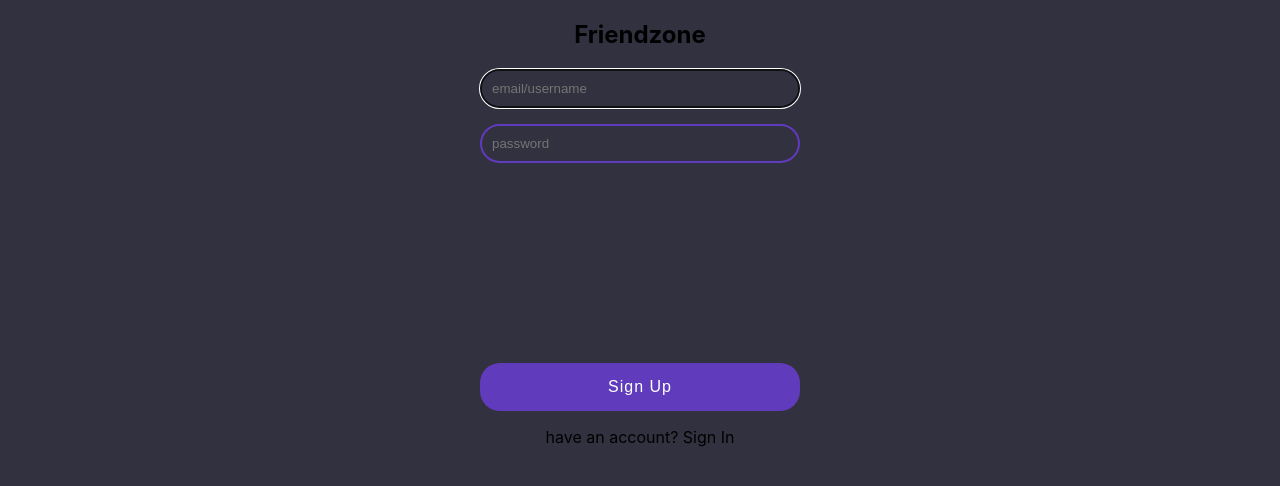
Repository: DerickT02/friend-zone
Page: /
The author's editor kept a copy of each file at every save. The page is drawn from the files as they stood at one save, then again after the next save.
The browser window is 1280 px wide. The pictures show the whole page.
The project was rebuilt for these pictures with package versions that can differ from the ones it lists, and the page was loaded fresh each time. Also part of the build but not shown: src/Appreducer.js, src/GlobalState.js, src/Post.js, src/Homepage.js, src/fire.js.

Above is the page before, as saved 2021-07-07 07:55:11.

After the next save:
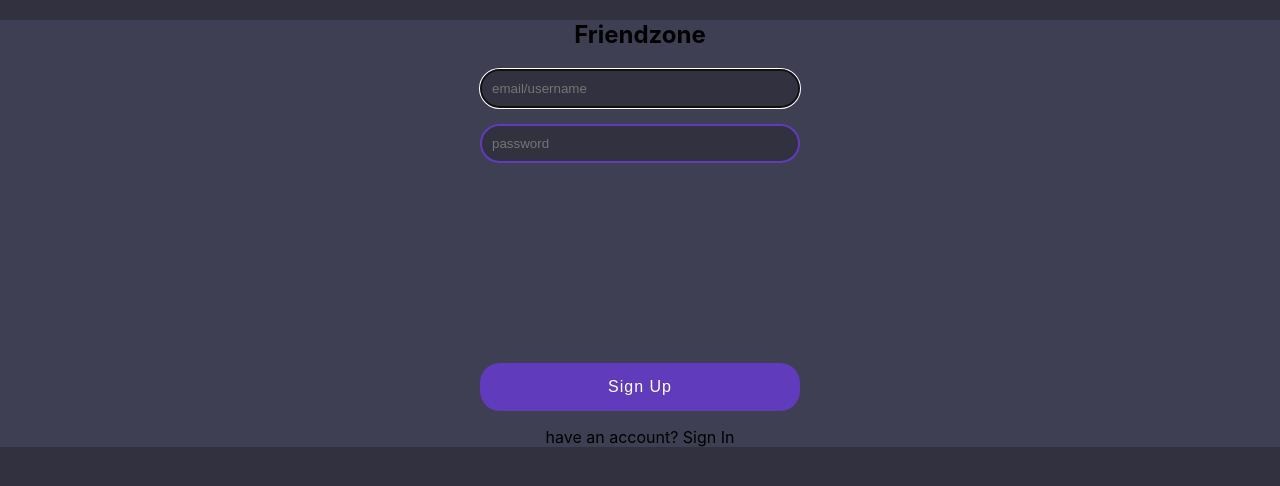
Saved 70 s later.
--- a/src/Login.css
+++ b/src/Login.css
@@ -4,7 +4,7 @@
 
 
 .login .loginContainer {
-
+ background-color: rgb(63, 63, 83);
 }
 
 .login .loginContainer input {
